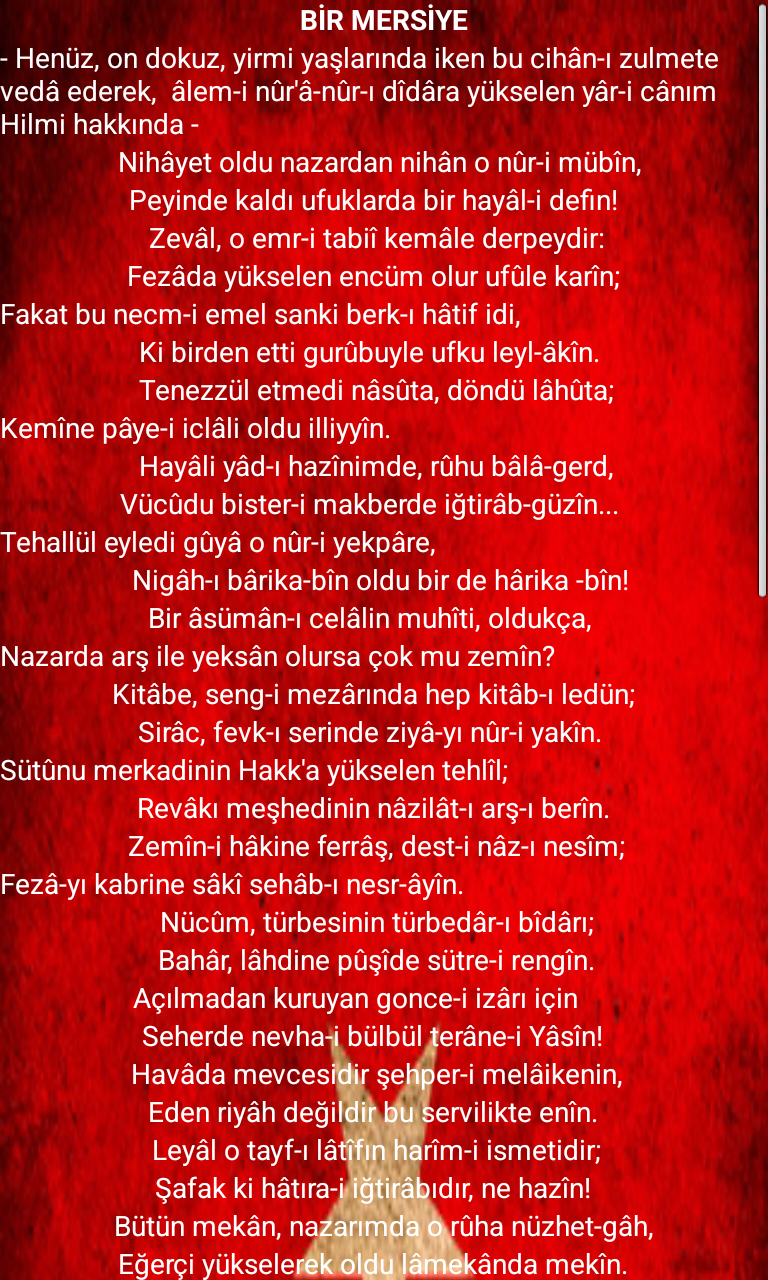
Repository: dokayazilim/Safahat-Android--Uygulamasi
Layout: safahat(android)/Safahat/res/layout/kitap24.xml
An editor plug-in stored every save of this project. The layout is shown before and after the next save, followed by the edit.
It is drawn on a 768 x 1280 px phone screen (xhdpi) without system bars, with theme android:Theme; the app's code is not run.

Above is the layout before, as saved 2012-09-07 11:23:10.

### safahat(android)/Safahat/res/layout/kitap24.xml
<?xml version="1.0" encoding="utf-8"?>
<ScrollView    android:id="@+id/widget1"    android:layout_width="fill_parent"    android:layout_height="fill_parent"    xmlns:android="http://schemas.android.com/apk/res/android"    >
<LinearLayout xmlns:android="http://schemas.android.com/apk/res/android"
    android:layout_width="fill_parent"
    android:layout_height="fill_parent"
    android:orientation="vertical" android:background="@drawable/androidturk">

  <TextView
        android:id="@+id/textView1"
        android:layout_width="wrap_content"
        android:layout_height="wrap_content"
        android:text="BİR MERSİYE" android:textColor="#ffffff" android:textStyle="bold" android:layout_gravity="center"/>
<TextView
        android:id="@+id/textView2"
        android:layout_width="wrap_content"
        android:layout_height="wrap_content"
        android:text="- Henüz, on dokuz, yirmi yaşlarında iken bu cihân-ı zulmete vedâ ederek,
 âlem-i nûr'â-nûr-ı dîdâra yükselen yâr-i cânım Hilmi hakkında -
 " android:textColor="#ffffff" android:layout_gravity="center"/>
<TextView
        android:id="@+id/textView3"
        android:layout_width="wrap_content"
        android:layout_height="wrap_content"
        android:text="Nihâyet oldu nazardan nihân o nûr-i mübîn, " android:textColor="#ffffff" android:layout_gravity="center"/>
<TextView
        android:id="@+id/textView4"
        android:layout_width="wrap_content"
        android:layout_height="wrap_content"
        android:text="Peyinde kaldı ufuklarda bir hayâl-i defin!
  " android:textColor="#ffffff" android:layout_gravity="center"/>
<TextView
        android:id="@+id/textView5"
        android:layout_width="wrap_content"
        android:layout_height="wrap_content"
        android:text="
Zevâl, o emr-i tabiî kemâle derpeydir:

" android:textColor="#ffffff" android:layout_gravity="center"/>
<TextView
        android:id="@+id/textView6"
        android:layout_width="wrap_content"
        android:layout_height="wrap_content"
        android:text="Fezâda yükselen encüm olur ufûle karîn;
  " android:textColor="#ffffff" android:layout_gravity="center"/>
<TextView
        android:id="@+id/textView7"
        android:layout_width="wrap_content"
        android:layout_height="wrap_content"
        android:text="Fakat bu necm-i emel sanki berk-ı hâtif idi, " android:textColor="#ffffff"/>
<TextView
        android:id="@+id/textView8"
        android:layout_width="wrap_content"
        android:layout_height="wrap_content"
        android:text="Ki birden etti gurûbuyle ufku leyl-âkîn.
   " android:textColor="#ffffff" android:layout_gravity="center"/>
<TextView
        android:id="@+id/textView9"
        android:layout_width="wrap_content"
        android:layout_height="wrap_content"
        android:text="Tenezzül etmedi nâsûta, döndü lâhûta;
 " android:textColor="#ffffff" android:layout_gravity="center"/>
<TextView
        android:id="@+id/textView10"
        android:layout_width="wrap_content"
        android:layout_height="wrap_content"
        android:text="Kemîne pâye-i iclâli oldu illiyyîn.  " android:textColor="#ffffff"/>
<TextView
        android:id="@+id/textView11"
        android:layout_width="wrap_content"
        android:layout_height="wrap_content"
        android:text="Hayâli yâd-ı hazînimde, rûhu bâlâ-gerd,
 " android:textColor="#ffffff" android:layout_gravity="center"/>
<TextView
        android:id="@+id/textView12"
        android:layout_width="wrap_content"
        android:layout_height="wrap_content"
        android:text="Vücûdu bister-i makberde iğtirâb-güzîn...
   " android:textColor="#ffffff" android:layout_gravity="center"/>
<TextView
        android:id="@+id/textView13"
        android:layout_width="wrap_content"
        android:layout_height="wrap_content"
        android:text="Tehallül eyledi gûyâ o nûr-i yekpâre, " android:textColor="#ffffff"/>
<TextView
        android:id="@+id/textView14"
        android:layout_width="wrap_content"
        android:layout_height="wrap_content"
        android:text="
Nigâh-ı bârika-bîn oldu bir de hârika -bîn!

" android:textColor="#ffffff" android:layout_gravity="center"/>
<TextView
        android:id="@+id/textView15"
        android:layout_width="wrap_content"
        android:layout_height="wrap_content"
        android:text="Bir âsümân-ı celâlin muhîti, oldukça,
   " android:textColor="#ffffff" android:layout_gravity="center"/>
<TextView
        android:id="@+id/textView16"
        android:layout_width="wrap_content"
        android:layout_height="wrap_content"
        android:text="Nazarda arş ile yeksân olursa çok mu zemîn?  " android:textColor="#ffffff"/>
<TextView
        android:id="@+id/textView17"
        android:layout_width="wrap_content"
        android:layout_height="wrap_content"
        android:text="Kitâbe, seng-i mezârında hep kitâb-ı ledün;
  " android:textColor="#ffffff" android:layout_gravity="center"/>
<TextView
        android:id="@+id/textView18"
        android:layout_width="wrap_content"
        android:layout_height="wrap_content"
        android:text="Sirâc, fevk-ı serinde ziyâ-yı nûr-i yakîn.
   " android:textColor="#ffffff" android:layout_gravity="center"/>
<TextView
        android:id="@+id/textView19"
        android:layout_width="wrap_content"
        android:layout_height="wrap_content"
        android:text="Sütûnu merkadinin Hakk'a yükselen tehlîl;  " android:textColor="#ffffff"/>
<TextView
        android:id="@+id/textView20"
        android:layout_width="wrap_content"
        android:layout_height="wrap_content"
        android:text="
Revâkı meşhedinin nâzilât-ı arş-ı berîn.

  " android:textColor="#ffffff" android:layout_gravity="center"/>
<TextView
        android:id="@+id/textView21"
        android:layout_width="wrap_content"
        android:layout_height="wrap_content"
        android:text="
Zemîn-i hâkine ferrâş, dest-i nâz-ı nesîm;
  " android:textColor="#ffffff" android:layout_gravity="center"/>
<TextView
        android:id="@+id/textView22"
        android:layout_width="wrap_content"
        android:layout_height="wrap_content"
        android:text="Fezâ-yı kabrine sâkî sehâb-ı nesr-âyîn. " android:textColor="#ffffff"/>
<TextView
        android:id="@+id/textView23"
        android:layout_width="wrap_content"
        android:layout_height="wrap_content"
        android:text="
Nücûm, türbesinin türbedâr-ı bîdârı;
  " android:textColor="#ffffff" android:layout_gravity="center"/>
<TextView
        android:id="@+id/textView24"
        android:layout_width="wrap_content"
        android:layout_height="wrap_content"
        android:text="Bahâr, lâhdine pûşîde sütre-i rengîn.
 " android:textColor="#ffffff" android:layout_gravity="center"/>
<TextView
        android:id="@+id/textView25"
        android:layout_width="wrap_content"
        android:layout_height="wrap_content"
        android:text="
Açılmadan kuruyan gonce-i izârı için
        " android:textColor="#ffffff" android:layout_gravity="center"/>
<TextView
        android:id="@+id/textView26"
        android:layout_width="wrap_content"
        android:layout_height="wrap_content"
        android:text="Seherde nevha-i bülbül terâne-i Yâsîn!
  " android:textColor="#ffffff" android:layout_gravity="center"/>
<TextView
        android:id="@+id/textView27"
        android:layout_width="wrap_content"
        android:layout_height="wrap_content"
        android:text="Havâda mevcesidir şehper-i melâikenin,
 " android:textColor="#ffffff" android:layout_gravity="center"/>
<TextView
        android:id="@+id/textView28"
        android:layout_width="wrap_content"
        android:layout_height="wrap_content"
        android:text="Eden riyâh değildir bu servilikte enîn.
  " android:textColor="#ffffff" android:layout_gravity="center"/>
<TextView
        android:id="@+id/textView29"
        android:layout_width="wrap_content"
        android:layout_height="wrap_content"
        android:text="Leyâl o tayf-ı lâtîfın harîm-i ismetidir;  " android:textColor="#ffffff" android:layout_gravity="center"/>
<TextView
        android:id="@+id/textView30"
        android:layout_width="wrap_content"
        android:layout_height="wrap_content"
        android:text="Şafak ki hâtıra-i iğtirâbıdır, ne hazîn!
  " android:textColor="#ffffff" android:layout_gravity="center"/>
<TextView
        android:id="@+id/textView31"
        android:layout_width="wrap_content"
        android:layout_height="wrap_content"
        android:text="
Bütün mekân, nazarımda o rûha nüzhet-gâh,
" android:textColor="#ffffff" android:layout_gravity="center"/>
<TextView
        android:id="@+id/textView32"
        android:layout_width="wrap_content"
        android:layout_height="wrap_content"
        android:text="Eğerçi yükselerek oldu lâmekânda mekîn.
 " android:textColor="#ffffff" android:layout_gravity="center"/>
<TextView
        android:id="@+id/textView33"
        android:layout_width="wrap_content"
        android:layout_height="wrap_content"
        android:text="Ey aslına iltihâk eden nûr,

  " android:textColor="#ffffff" android:layout_gravity="center"/>
<TextView
        android:id="@+id/textView34"
        android:layout_width="wrap_content"
        android:layout_height="wrap_content"
        android:text="Sensin bana her tarafta manzûr;
  " android:textColor="#ffffff" android:layout_gravity="center"/>
<TextView
        android:id="@+id/textView35"
        android:layout_width="wrap_content"
        android:layout_height="wrap_content"
        android:text="Olsan da zılâl içinde mestûr,
   " android:textColor="#ffffff" android:layout_gravity="center"/>
<TextView
        android:id="@+id/textView36"
        android:layout_width="wrap_content"
        android:layout_height="wrap_content"
        android:text="Bir an değilim o lem'adan dûr:
   " android:textColor="#ffffff" android:layout_gravity="center"/>
<TextView
        android:id="@+id/textView37"
        android:layout_width="wrap_content"
        android:layout_height="wrap_content"
        android:text="
Rûhumda ebed-karâr şû'len.
 " android:textColor="#ffffff" android:layout_gravity="center"/>
<TextView
        android:id="@+id/textView38"
        android:layout_width="wrap_content"
        android:layout_height="wrap_content"
        android:text="
Mevvâc sabâhatin seherde

  " android:textColor="#ffffff" android:layout_gravity="center"/>
<TextView
        android:id="@+id/textView39"
        android:layout_width="wrap_content"
        android:layout_height="wrap_content"
        android:text="Berk urmada nâsiyen kamerde;
  " android:textColor="#ffffff" android:layout_gravity="center"/>
<TextView
        android:id="@+id/textView40"
        android:layout_width="wrap_content"
        android:layout_height="wrap_content"
        android:text="Şeb sahn-ı harem-serâna- perde.
  " android:textColor="#ffffff" android:layout_gravity="center"/>
<TextView
        android:id="@+id/textView41"
        android:layout_width="wrap_content"
        android:layout_height="wrap_content"
        android:text="Matvî evrak-ı verd-i terde
Bir şemme kitâb-ı nükhetinden!

  " android:textColor="#ffffff" android:layout_gravity="center"/>
<TextView
        android:id="@+id/textView42"
        android:layout_width="wrap_content"
        android:layout_height="wrap_content"
        android:text="Nağmendir eden riyâhı tehzîz,
  " android:textColor="#ffffff" android:layout_gravity="center"/>
<TextView
        android:id="@+id/textView43"
        android:layout_width="wrap_content"
        android:layout_height="wrap_content"
        android:text="Senden bu nevâ yı şûriş-engîz!
  " android:textColor="#ffffff" android:layout_gravity="center"/>
<TextView
        android:id="@+id/textView44"
        android:layout_width="wrap_content"
        android:layout_height="wrap_content"
        android:text="Berk urmada nâsiyen kamerde;
  " android:textColor="#ffffff" android:layout_gravity="center"/>
<TextView
        android:id="@+id/textView45"
        android:layout_width="wrap_content"
        android:layout_height="wrap_content"
        android:text="Tayfın beni eyliyon seher-hîz...
  " android:textColor="#ffffff" android:layout_gravity="center"/>
<TextView
        android:id="@+id/textView46"
        android:layout_width="wrap_content"
        android:layout_height="wrap_content"
        android:text="Ey hâtırasıyle rûh lebrîz,
  " android:textColor="#ffffff" android:layout_gravity="center"/>
<TextView
        android:id="@+id/textView47"
        android:layout_width="wrap_content"
        android:layout_height="wrap_content"
        android:text="İndimde bu kâinât hep sen!
  " android:textColor="#ffffff" android:layout_gravity="center"/>
<TextView
        android:id="@+id/textView48"
        android:layout_width="wrap_content"
        android:layout_height="wrap_content"
        android:text="Ey lem'a-i şu'le-i İlâhî,
  " android:textColor="#ffffff" android:layout_gravity="center"/>
<TextView
        android:id="@+id/textView49"
        android:layout_width="wrap_content"
        android:layout_height="wrap_content"
        android:text="Ey subh-i ebed karârgâhı.
  " android:textColor="#ffffff" android:layout_gravity="center"/>
<TextView
        android:id="@+id/textView50"
        android:layout_width="wrap_content"
        android:layout_height="wrap_content"
        android:text="Hiç bulmaya tâbişin tenâhî...
  " android:textColor="#ffffff" android:layout_gravity="center"/>
<TextView
        android:id="@+id/textView51"
        android:layout_width="wrap_content"
        android:layout_height="wrap_content"
        android:text="Envârına gelmesin tebâhî...
  " android:textColor="#ffffff" android:layout_gravity="center"/>
<TextView
        android:id="@+id/textView52"
        android:layout_width="wrap_content"
        android:layout_height="wrap_content"
        android:text="Bir böyle bekânı isterim ben.
  " android:textColor="#ffffff" android:layout_gravity="center"/>
<TextView
        android:id="@+id/textView53"
        android:layout_width="wrap_content"
        android:layout_height="wrap_content"
        android:text="Sönmez yanan ihtimâli yoktur,
  " android:textColor="#ffffff" android:layout_gravity="center"/>
<TextView
        android:id="@+id/textView54"
        android:layout_width="wrap_content"
        android:layout_height="wrap_content"
        android:text="Sönmez yanan ihtimâli yoktur,
  " android:textColor="#ffffff" android:layout_gravity="center"/>
<TextView
        android:id="@+id/textView55"
        android:layout_width="wrap_content"
        android:layout_height="wrap_content"
        android:text="Yok, nâre demem zevâli yoktur,
  " android:textColor="#ffffff" android:layout_gravity="center"/>
<TextView
        android:id="@+id/textView56"
        android:layout_width="wrap_content"
        android:layout_height="wrap_content"
        android:text="Nûrun fakat öyle hâli yoktur.
  " android:textColor="#ffffff" android:layout_gravity="center"/>
<TextView
        android:id="@+id/textView57"
        android:layout_width="wrap_content"
        android:layout_height="wrap_content"
        android:text="Olmaz ona hiç adem nişîmen.
  " android:textColor="#ffffff" android:layout_gravity="center"/>
<TextView
        android:id="@+id/textView58"
        android:layout_width="wrap_content"
        android:layout_height="wrap_content"
        android:text="Ey hâtırasıyle kaldığım yâr,
  " android:textColor="#ffffff" android:layout_gravity="center"/>
<TextView
        android:id="@+id/textView59"
        android:layout_width="wrap_content"
        android:layout_height="wrap_content"
        android:text="Artık aramızda bir cihan var!
  " android:textColor="#ffffff" android:layout_gravity="center"/>
<TextView
        android:id="@+id/textView60"
        android:layout_width="wrap_content"
        android:layout_height="wrap_content"
        android:text="Sen gökte safâ-güzîn-i dîdâr,
  " android:textColor="#ffffff" android:layout_gravity="center"/>
<TextView
        android:id="@+id/textView61"
        android:layout_width="wrap_content"
        android:layout_height="wrap_content"
        android:text="Ben yerde azâb içinde bîzâr!
  " android:textColor="#ffffff" android:layout_gravity="center"/>
<TextView
        android:id="@+id/textView62"
        android:layout_width="wrap_content"
        android:layout_height="wrap_content"
        android:text="Gûşumda bütün terâne şîven!
  " android:textColor="#ffffff" android:layout_gravity="center"/>
<TextView
        android:id="@+id/textView63"
        android:layout_width="wrap_content"
        android:layout_height="wrap_content"
        android:text="Şîven demi nây-i nağme-kârın,
  " android:textColor="#ffffff" android:layout_gravity="center"/>
<TextView
        android:id="@+id/textView64"
        android:layout_width="wrap_content"
        android:layout_height="wrap_content"
        android:text="Şîven cereyânı cûybârın,
  " android:textColor="#ffffff" android:layout_gravity="center"/>
<TextView
        android:id="@+id/textView65"
        android:layout_width="wrap_content"
        android:layout_height="wrap_content"
        android:text="Şîven sesi bâd-ı bî-karârın,
  " android:textColor="#ffffff" android:layout_gravity="center"/>
<TextView
        android:id="@+id/textView66"
        android:layout_width="wrap_content"
        android:layout_height="wrap_content"
        android:text="Şîven bana âh yâdigârın...
  " android:textColor="#ffffff" android:layout_gravity="center"/>
<TextView
        android:id="@+id/textView67"
        android:layout_width="wrap_content"
        android:layout_height="wrap_content"
        android:text="Sen gökleri hande-zâr ederken!
  " android:textColor="#ffffff" android:layout_gravity="center"/>
<TextView
        android:id="@+id/textView68"
        android:layout_width="wrap_content"
        android:layout_height="wrap_content"
        android:text="Artık aramızda bir cihan var!
  " android:textColor="#ffffff" android:layout_gravity="center"/>
<TextView
        android:id="@+id/textView69"
        android:layout_width="wrap_content"
        android:layout_height="wrap_content"
        android:text="Artık aramızda bir cihan var!
  " android:textColor="#ffffff" android:layout_gravity="center"/>




<TextView
        android:id="@+id/textView70"
        android:layout_width="wrap_content"
        android:layout_height="wrap_content"
        android:text="Mehmet Akif ERSOY" android:textColor="#ffffff" android:textStyle="bold"/>
</LinearLayout>
</ScrollView>

After the next save:
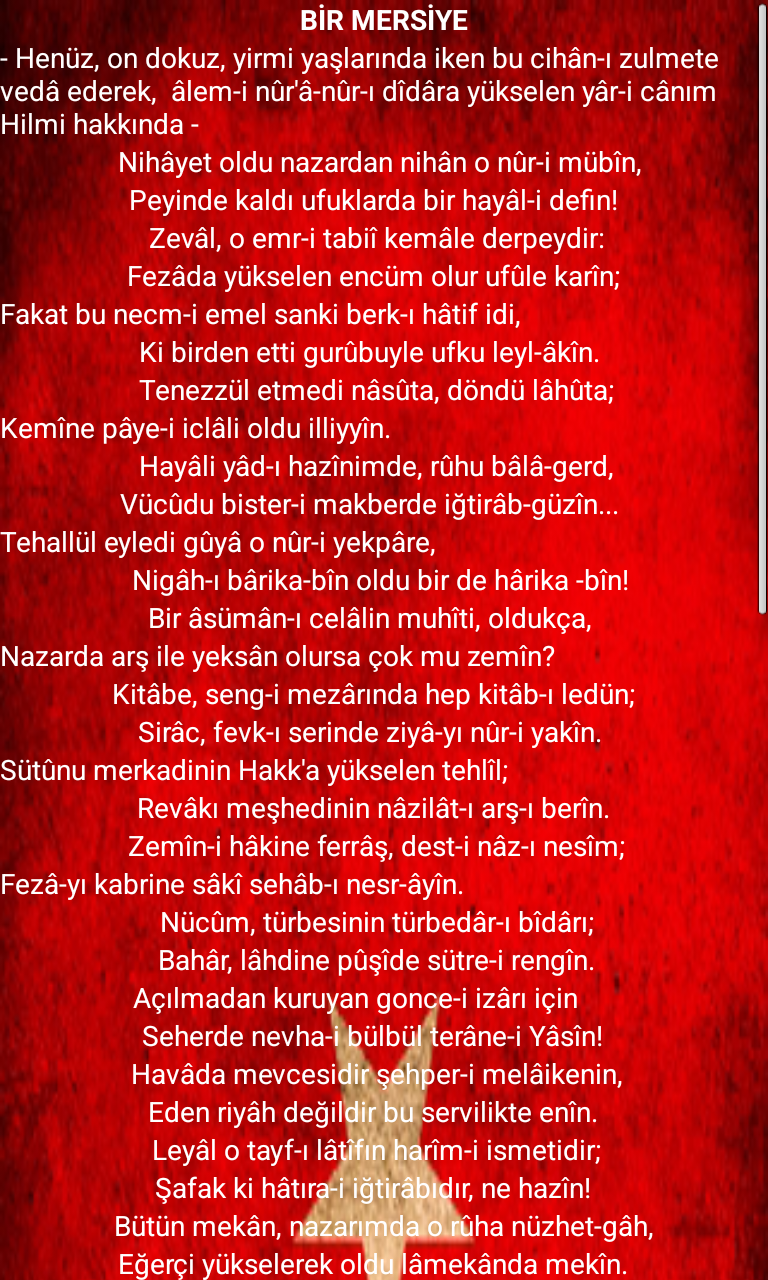
Saved 8 s later.
--- a/safahat(android)/Safahat/res/layout/kitap24.xml
+++ b/safahat(android)/Safahat/res/layout/kitap24.xml
@@ -415,21 +415,6 @@ Bir şemme kitâb-ı nükhetinden!
         android:layout_height="wrap_content"
         android:text="Sen gökleri hande-zâr ederken!
   " android:textColor="#ffffff" android:layout_gravity="center"/>
-<TextView
-        android:id="@+id/textView68"
-        android:layout_width="wrap_content"
-        android:layout_height="wrap_content"
-        android:text="Artık aramızda bir cihan var!
-  " android:textColor="#ffffff" android:layout_gravity="center"/>
-<TextView
-        android:id="@+id/textView69"
-        android:layout_width="wrap_content"
-        android:layout_height="wrap_content"
-        android:text="Artık aramızda bir cihan var!
-  " android:textColor="#ffffff" android:layout_gravity="center"/>
-
-
-
 
 <TextView
         android:id="@+id/textView70"
